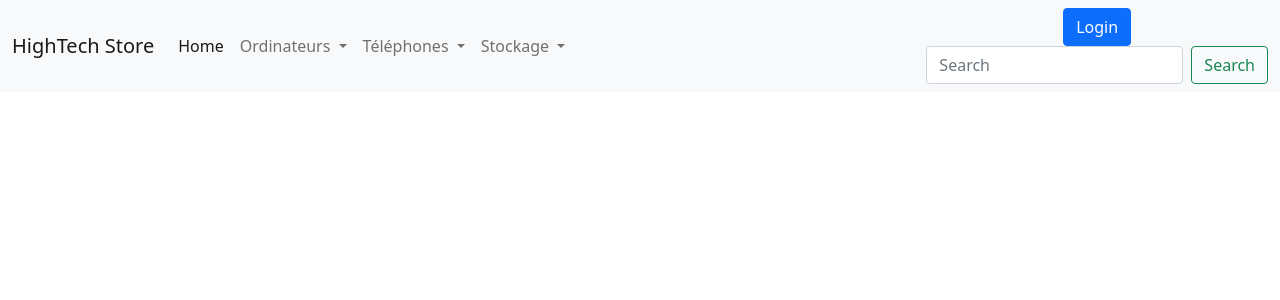
Repository: HaPhuong-krys/M1-angular
Page: /
The author's editor kept a copy of each file at every save. The page is drawn from the files as they stood at one save, then again after a run of saves.
The browser window is 1280 px wide. The pictures show the whole page.
The page's requests for data from a server got no answer. The project was rebuilt for these pictures with package versions that can differ from the ones it lists, and the page was loaded fresh each time. No one was signed in, and anything a server would have sent is missing. Also part of the build but not shown: angular.json, src/app/connexion/connexion.component.ts, src/app/home/home.component.ts, src/app/pc-bureau/pc-bureau.component.ts, src/app/pc-portable/pc-portable.component.ts, src/app/ajouter-article-form/ajouter-article-form.component.ts, src/app/Model/Articles.ts, src/app/accessoire-ordi/accessoire-ordi.component.ts and 11 more.

Above is the page before, as saved 2023-04-23 16:50:14.

### src/index.html
<!doctype html>
<html lang="en">
<head>
  <meta charset="utf-8">
  <title>HighTechStore</title>
  <base href="/">
  <meta name="viewport" content="width=device-width, initial-scale=1">
  <link rel="icon" type="image/x-icon" href="favicon.ico">
  <!-- Boostrap css -->
  <link href="https://cdn.jsdelivr.net/npm/bootstrap@5.0.2/dist/css/bootstrap.min.css"
  rel="stylesheet" integrity="sha384-EVSTQN3/azprG1Anm3QDgpJLIm9Nao0Yz1ztcQTwFspd3yD65VohhpuuCOmLASjC" crossorigin="anonymous">
</head>
<body>
  <app-root></app-root>
   <!-- Boostrap -->
  <script src="https://cdn.jsdelivr.net/npm/@popperjs/core@2.9.2/dist/umd/popper.min.js"
  integrity="sha384-IQsoLXl5PILFhosVNubq5LC7Qb9DXgDA9i+tQ8Zj3iwWAwPtgFTxbJ8NT4GN1R8p" crossorigin="anonymous"></script>
  <script src="https://cdn.jsdelivr.net/npm/bootstrap@5.0.2/dist/js/bootstrap.min.js"
  integrity="sha384-cVKIPhGWiC2Al4u+LWgxfKTRIcfu0JTxR+EQDz/bgldoEyl4H0zUF0QKbrJ0EcQF" crossorigin="anonymous"></script>
</body>
</html>

### src/app/app.module.ts
import { NgModule } from '@angular/core';
import { BrowserModule } from '@angular/platform-browser';

import { AppRoutingModule } from './app-routing.module';
import { AppComponent } from './app.component';
import { NavbarComponent } from './navbar/navbar.component';
import { HomeComponent } from './home/home.component';
import { PcPortableComponent } from './pc-portable/pc-portable.component';
import { PcBureauComponent } from './pc-bureau/pc-bureau.component';
import { ConnexionComponent } from './connexion/connexion.component';
import { PhonesModule } from './modules/phones/phones.module';
import { StockageModule } from './modules/stockage/stockage.module';
import { AjouterArticleFormComponent } from './ajouter-article-form/ajouter-article-form.component';
import {HttpClientModule} from '@angular/common/http';
import { PcPortableServiceService } from './pc-portable-service.service';
import { FormCreationArticleService } from './form-creation-article.service';
import { FooterComponent } from './footer/footer.component';
import { FormsModule } from '@angular/forms';
import { HomeService } from './home.service';
import { PcBureauServiceService } from './pc-bureau-service.service';
import { AccesOrdiServiceService } from './acces-ordi-service.service';
import { AccessoireOrdiComponent } from './accessoire-ordi/accessoire-ordi.component';
import { SmartPhoneComponent } from './smart-phone/smart-phone.component';
import { SmartPhoneServiceService } from './smart-phone-service.service';
import { TelephoneFixComponent } from './telephone-fix/telephone-fix.component';
import { TelephoneFixServiceService } from './telephone-fix-service.service';
import { AccessoireTelfixComponent } from './accessoire-telfix/accessoire-telfix.component';
import { AccesTelfixServiceService } from './acces-telfix-service.service';
import { DisqueDurComponent } from './disque-dur/disque-dur.component';
import { UsbComponent } from './usb/usb.component';
import { AccessoireStockageComponent } from './accessoire-stockage/accessoire-stockage.component';
import { DisqueDurServiceService } from './disque-dur-service.service';
import { UsersComponent } from './users/users.component';
import { DeconnexionComponent } from './deconnexion/deconnexion.component';

@NgModule({
  declarations: [
    AppComponent,
    NavbarComponent,
    HomeComponent,
    PcPortableComponent,
    PcBureauComponent,
    ConnexionComponent,
    AjouterArticleFormComponent,
    FooterComponent,
    AccessoireOrdiComponent,
    SmartPhoneComponent,
    TelephoneFixComponent,
    AccessoireTelfixComponent,
    DisqueDurComponent,
    UsbComponent,
    AccessoireStockageComponent,
    UsersComponent,
    DeconnexionComponent,


  ],
  imports: [
    BrowserModule,
    AppRoutingModule,
    PhonesModule,
    StockageModule,
    HttpClientModule,
    FormsModule
  ],
  providers: [
    PcPortableServiceService,
    FormCreationArticleService,
    HomeService,
    PcBureauServiceService,
    AccesOrdiServiceService,
    SmartPhoneServiceService,
    TelephoneFixServiceService,
    AccesTelfixServiceService,
    DisqueDurServiceService
  ],
  bootstrap: [AppComponent]
})
export class AppModule { }

### src/app/app-routing.module.ts
import { NgModule } from '@angular/core';
import { RouterModule, Routes } from '@angular/router';
import { ConnexionComponent } from './connexion/connexion.component';
import { HomeComponent } from './home/home.component';
import { PcBureauComponent } from './pc-bureau/pc-bureau.component';
import { PcPortableComponent } from './pc-portable/pc-portable.component';
import { AjouterArticleFormComponent } from './ajouter-article-form/ajouter-article-form.component';
import { AccessoireOrdiComponent } from './accessoire-ordi/accessoire-ordi.component';
import { SmartPhoneComponent } from './smart-phone/smart-phone.component';
import { TelephoneFixComponent } from './telephone-fix/telephone-fix.component';
import { AccessoireTelfixComponent } from './accessoire-telfix/accessoire-telfix.component';
import { DisqueDurComponent } from './disque-dur/disque-dur.component';
import { UsbComponent } from './usb/usb.component';
import { AccessoireStockageComponent } from './accessoire-stockage/accessoire-stockage.component';

const routes: Routes = [
  { path:'home', component:HomeComponent},
  { path: 'PcPortable', component: PcPortableComponent},
  { path: 'PcBureau', component: PcBureauComponent},
  { path: 'Connexion', component: ConnexionComponent},
  { path: 'AjouterAticleForm', component: AjouterArticleFormComponent},
  { path: 'AccessoireOrdi', component: AccessoireOrdiComponent},
  { path: 'SmartPhone', component: SmartPhoneComponent},
  { path: 'telephoneFix', component: TelephoneFixComponent},
  { path: 'AccessoireTelFix', component: AccessoireTelfixComponent},
  { path: 'DisqueDur', component: DisqueDurComponent},
  { path: 'USB', component: UsbComponent},
  { path: 'AccessoireStock', component : AccessoireStockageComponent}
];

@NgModule({
  imports: [RouterModule.forRoot(routes)],
  exports: [RouterModule]
})
export class AppRoutingModule { }

### src/app/app.component.ts
import { Component } from '@angular/core';

@Component({
  selector: 'app-root',
  templateUrl: './app.component.html',
  styleUrls: ['./app.component.css']
})
export class AppComponent {
  title = 'HighTechStore';
}

### src/app/navbar/navbar.component.ts
import { Component, OnInit } from '@angular/core';
import { Router } from '@angular/router';
import { LoginService, User } from '../login.service';
import { Observable } from 'rxjs';

@Component({
  selector: 'app-navbar',
  templateUrl: './navbar.component.html',
  styleUrls: ['./navbar.component.css']
})
export class NavbarComponent implements OnInit {
  isLoggedIn$ = this.loginService.isLoggedIn$;
  currentUser$: Observable<User> = this.loginService.currentUser$;

  constructor(private loginService: LoginService, private router: Router) { }

  ngOnInit(): void {
  }

  logout() {
    this.loginService.logout();
    this.router.navigate(['/Connexion']);
  }

}

### src/app/modules/phones/phones.module.ts
import { NgModule } from '@angular/core';
import { CommonModule } from '@angular/common';

import { PhonesRoutingModule } from './phones-routing.module';


@NgModule({
  declarations: [],
  imports: [
    CommonModule,
    PhonesRoutingModule
  ]
})
export class PhonesModule { }

### src/app/modules/stockage/stockage.module.ts
import { NgModule } from '@angular/core';
import { CommonModule } from '@angular/common';

import { StockageRoutingModule } from './stockage-routing.module';


@NgModule({
  declarations: [],
  imports: [
    CommonModule,
    StockageRoutingModule
  ]
})
export class StockageModule { }

### src/app/pc-portable-service.service.ts
import { Injectable } from '@angular/core';
import  { HttpClient, HttpClientModule } from  '@angular/common/http';
import { Observable } from 'rxjs';
import { Articles } from './Model/Articles';


@Injectable({
  providedIn: 'root'
})
export class PcPortableServiceService {
  url_portable = 'http://localhost:8080/Projet-REST-V1/articles/list/PC_Portable';

  constructor(private http:HttpClient) { }

  getArticlePcPortable():Observable<Array<Articles>>{
    return this.http.get<Array<Articles>>(this.url_portable);
  }
}

### src/app/form-creation-article.service.ts
import { Injectable } from '@angular/core';
import  { HttpClient, HttpClientModule, HttpHeaders } from  '@angular/common/http';
import { Observable } from 'rxjs';
import { Categories } from './Model/Categories';
import { Articles } from './Model/Articles';


@Injectable({
  providedIn: 'root'
})
export class FormCreationArticleService {

  url = 'http://localhost:8080/Projet-REST-V1/categories/list';

  addUrl = 'http://localhost:8080/Projet-REST-V1/articles';

  articleData: any = {};

  constructor(private http:HttpClient) { }

  getAllCategories():Observable<Array<Categories>>{
    return this.http.get<Array<Categories>>(this.url);
  }

  httpOptions = {
    headers: new HttpHeaders({ 'Content-Type': 'application/json' })
  };

  addArticle(article: Articles): Observable<Articles> {
    const url = `${this.addUrl}/add`;
    return this.http.post<Articles>(url, article, this.httpOptions);
    //return this.http.post<Articles[]>(`${this.addUrl}/add`, article);
  }

}

### src/app/home.service.ts
import { Injectable } from '@angular/core';
import  { HttpClient, HttpClientModule, HttpHeaders } from  '@angular/common/http';
import { Observable } from 'rxjs';
import { Categories } from './Model/Categories';
import { Articles } from './Model/Articles';

@Injectable({
  providedIn: 'root'
})
export class HomeService {
  url = 'http://localhost:8080/Projet-REST-V1/articles/list';
  articleData: any = {};

  constructor(private http:HttpClient) { }

  getAllArticle():Observable<Array<Articles>>{
    return this.http.get<Array<Articles>>(this.url);
  }
}

### src/app/pc-bureau-service.service.ts
import { HttpClient } from '@angular/common/http';
import { Injectable } from '@angular/core';
import { Observable } from 'rxjs';
import { Articles } from './Model/Articles';

@Injectable({
  providedIn: 'root'
})
export class PcBureauServiceService {

  url_bureau = 'http://localhost:8080/Projet-REST-V1/articles/list/PC_Bureau';

  constructor(private http:HttpClient) { }

  getArticlePcBureau():Observable<Array<Articles>>{
    return this.http.get<Array<Articles>>(this.url_bureau);
  }
}

### src/app/acces-ordi-service.service.ts
import { HttpClient } from '@angular/common/http';
import { Injectable } from '@angular/core';
import { Observable } from 'rxjs';
import { Articles } from './Model/Articles';

@Injectable({
  providedIn: 'root'
})
export class AccesOrdiServiceService {

  access_ordi = 'http://localhost:8080/Projet-REST-V1/articles/list/accessoire_ordi';
  constructor(private http:HttpClient) { }

  getArticleAccesoireOrdi(): Observable<Array<Articles>>{
    return this.http.get<Array<Articles>>(this.access_ordi);
  }
}

### src/app/smart-phone-service.service.ts
import { HttpClient } from '@angular/common/http';
import { Injectable } from '@angular/core';
import { Observable } from 'rxjs';
import { Articles } from './Model/Articles';

@Injectable({
  providedIn: 'root'
})
export class SmartPhoneServiceService {

  url_smartphone = 'http://localhost:8080/Projet-REST-V1/articles/list/smartphone';


  constructor(private http: HttpClient) { }

  getArticleSmartphone():Observable<Array<Articles>>{
    return this.http.get<Array<Articles>>(this.url_smartphone);
  }
}

### src/app/telephone-fix-service.service.ts
import { HttpClient } from '@angular/common/http';
import { Injectable } from '@angular/core';
import { Articles } from './Model/Articles';

@Injectable({
  providedIn: 'root'
})
export class TelephoneFixServiceService {
  url_telFix = 'http://localhost:8080/Projet-REST-V1/articles/list/telephoneFix';

  constructor(private http: HttpClient) { }

  getArticleTelephoneFix(){
    return this.http.get<Array<Articles>>(this.url_telFix);
  }
}

### src/app/acces-telfix-service.service.ts
import { HttpClient } from '@angular/common/http';
import { Injectable } from '@angular/core';
import { Articles } from './Model/Articles';

@Injectable({
  providedIn: 'root'
})
export class AccesTelfixServiceService {

  url_accesstel= 'http://localhost:8080/Projet-REST-V1/articles/list/accessoire_tel';

  constructor(private http:HttpClient) { }

  getArticleAccessoireTelFix(){
    return this.http.get<Array<Articles>>(this.url_accesstel);
  }

}

### src/app/disque-dur-service.service.ts
import { HttpClient } from '@angular/common/http';
import { Injectable } from '@angular/core';
import { Articles } from './Model/Articles';

@Injectable({
  providedIn: 'root'
})
export class DisqueDurServiceService {

  url_disque = 'http://localhost:8080/Projet-REST-V1/articles/list/Disque_dur';

  constructor(private http:HttpClient) { }

  getArticleDisqurDur(){
    return this.http.get<Array<Articles>>(this.url_disque);
  }

}

### src/app/navbar/navbar.component.html
<nav class="navbar navbar-expand-lg navbar-light bg-light">
  <div class="container-fluid">
    <a class="navbar-brand" routerLink="/home">HighTech Store</a>
    <button class="navbar-toggler" type="button" data-bs-toggle="collapse" data-bs-target="#navbarSupportedContent" aria-controls="navbarSupportedContent" aria-expanded="false" aria-label="Toggle navigation">
      <span class="navbar-toggler-icon"></span>
    </button>
    <div class="collapse navbar-collapse" id="navbarSupportedContent">
      <ul class="navbar-nav me-auto mb-2 mb-lg-0">
        <li class="nav-item">
          <a class="nav-link active" aria-current="page" routerLink="/home">Home</a>
        </li>
        <li class="nav-item dropdown">
          <a class="nav-link dropdown-toggle" href="#" id="navbarDropdown" role="button" data-bs-toggle="dropdown" aria-expanded="false">
            Ordinateurs
          </a>
          <ul class="dropdown-menu" aria-labelledby="navbarDropdown">
            <li><a class="dropdown-item" routerLink="/PcPortable">Pc Portables</a></li>
            <li><a class="dropdown-item" routerLink="/PcBureau">Pc de bureau</a></li>
            <li><hr class="dropdown-divider"></li>
            <li><a class="dropdown-item" href="/AccessoireOrdi">Accessoires</a></li>
          </ul>
        </li>
        <li class="nav-item dropdown">
          <a class="nav-link dropdown-toggle" href="#" id="navbarDropdown" role="button" data-bs-toggle="dropdown" aria-expanded="false">
            Téléphones
          </a>
          <ul class="dropdown-menu" aria-labelledby="navbarDropdown">
            <li><a class="dropdown-item" routerLink="/SmartPhone">Smartphones</a></li>
            <li><a class="dropdown-item" routerLink="/telephoneFix">Téléphones Fixes</a></li>
            <li><hr class="dropdown-divider"></li>
            <li><a class="dropdown-item" href="/AccessoireTelFix">Accessoires</a></li>
          </ul>
        </li>
        <li class="nav-item dropdown">
          <a class="nav-link dropdown-toggle" href="#" id="navbarDropdown" role="button" data-bs-toggle="dropdown" aria-expanded="false">
            Stockage
          </a>
          <ul class="dropdown-menu" aria-labelledby="navbarDropdown">
            <li><a class="dropdown-item" routerLink="/DisqueDur">Disque Dur</a></li>
            <li><a class="dropdown-item" routerLink="/USB">Clé USB</a></li>
            <li><hr class="dropdown-divider"></li>
            <li><a class="dropdown-item" href="/AccessoireStock">Accessoire</a></li>
          </ul>
        </li>


    </ul>

    <div class="d-flex align-items-center justify-content-between text-center">
      <div class="ml-auto">
        <ng-container *ngIf="isLoggedIn$ | async">
          <svg xmlns="http://www.w3.org/2000/svg" width="16" height="16" fill="currentColor" class="bi bi-person-circle" viewBox="0 0 16 16">
            <path d="M11 6a3 3 0 1 1-6 0 3 3 0 0 1 6 0z"/>
            <path fill-rule="evenodd" d="M0 8a8 8 0 1 1 16 0A8 8 0 0 1 0 8zm8-7a7 7 0 0 0-5.468 11.37C3.242 11.226 4.805 10 8 10s4.757 1.225 5.468 2.37A7 7 0 0 0 8 1z"/>
          </svg>
          <span class="ml-2" *ngIf="currentUser$ | async as currentUser">{{ currentUser.firstname }}</span>
        </ng-container>
      </div>

      <div>
        <ng-container *ngIf="isLoggedIn$ | async">
          <a class="btn btn-danger mx-3" (click)="logout()">Logout</a>
        </ng-container>
        <ng-container *ngIf="!(isLoggedIn$ | async)">
          <a routerLink="/Connexion" class="btn btn-primary mx-3" role="button">Login</a>
        </ng-container>
        <form class="d-flex">
          <input class="form-control me-2" type="search" placeholder="Search" aria-label="Search">
          <button class="btn btn-outline-success" type="submit">Search</button>
        </form>
      </div>
    </div>
  </div>
</div>
</nav>

### src/app/login.service.ts
import { HttpClient } from '@angular/common/http';
import { Injectable } from '@angular/core';
import { BehaviorSubject } from 'rxjs';
import { tap } from 'rxjs/operators';
import { Router } from '@angular/router';

export interface User {
  id_user: number;
  firstname: string;
  lastname: string;
  email: string;
  password: string;
  role: string;
}

@Injectable({
  providedIn: 'root'
})
export class LoginService {

  private apiUrl = 'http://localhost:8080/Projet-REST-V1/users';

  private isLoggedIn = new BehaviorSubject<boolean>(false);
  isLoggedIn$ = this.isLoggedIn.asObservable();

  public currentUser = new BehaviorSubject<User>({ id_user: 0, firstname: '', lastname: '', email: '', password: '', role: '' });
  currentUser$ = this.currentUser.asObservable();

  constructor(private http: HttpClient, private router : Router) {
    this.checkLoginStatus().subscribe();
  }

  login(email: string, password: string) {
    const body = { email: email, password: password };
    return this.http.post<User>(`${this.apiUrl}/login`, body).pipe(
      tap((user) => {
        this.isLoggedIn.next(true);
        this.currentUser.next(user);
      })
    );
  }

  logout() {
    this.isLoggedIn.next(false);
    this.currentUser.next({ id_user: 0, firstname: '', lastname: '', email: '', password: '', role: '' });
    this.router.navigate(['/Connexion']);
  }

  checkLoginStatus() {
    return this.http.get<User>(`${this.apiUrl}/login`).pipe(
      tap((user) => {
        if (user) {
          this.isLoggedIn.next(true);
          this.currentUser.next(user);
        } else {
          this.isLoggedIn.next(false);
          this.currentUser.next({ id_user: 0, firstname: '', lastname: '', email: '', password: '', role: '' });
        }
      })
    );
  }
}

### src/app/modules/phones/phones-routing.module.ts
import { NgModule } from '@angular/core';
import { RouterModule, Routes } from '@angular/router';

const routes: Routes = [];

@NgModule({
  imports: [RouterModule.forChild(routes)],
  exports: [RouterModule]
})
export class PhonesRoutingModule { }

### src/app/modules/stockage/stockage-routing.module.ts
import { NgModule } from '@angular/core';
import { RouterModule, Routes } from '@angular/router';

const routes: Routes = [];

@NgModule({
  imports: [RouterModule.forChild(routes)],
  exports: [RouterModule]
})
export class StockageRoutingModule { }

Loaded but not shown: src/styles.css (common file); src/main.ts (common file); src/app/app.component.html (common file); src/app/app.component.css (no stored copy; drawn as an empty file); src/app/navbar/navbar.component.css (no stored copy; drawn as an empty file)

After the next 2 saves:
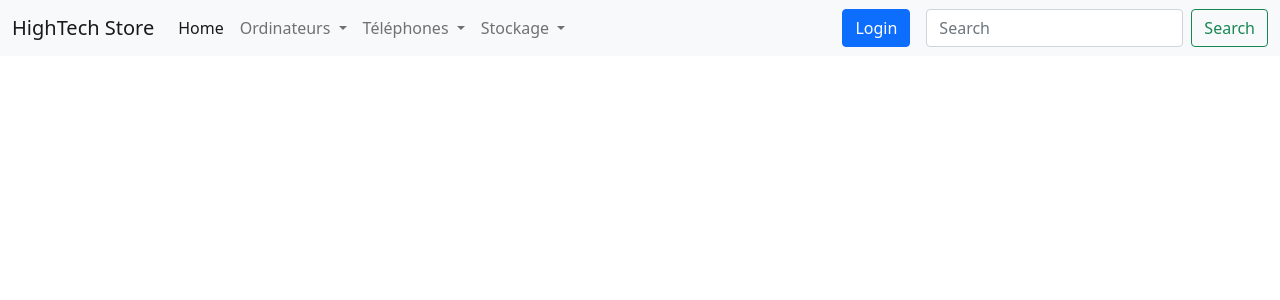
The 2 saves are shown as one change because they came seconds apart.
The last was saved 32 s later.
--- a/src/app/navbar/navbar.component.html
+++ b/src/app/navbar/navbar.component.html
@@ -57,7 +57,7 @@
         </ng-container>
       </div>
 
-      <div>
+      <div class="d-flex align-items-center justify-content-between text-center">
         <ng-container *ngIf="isLoggedIn$ | async">
           <a class="btn btn-danger mx-3" (click)="logout()">Logout</a>
         </ng-container>
